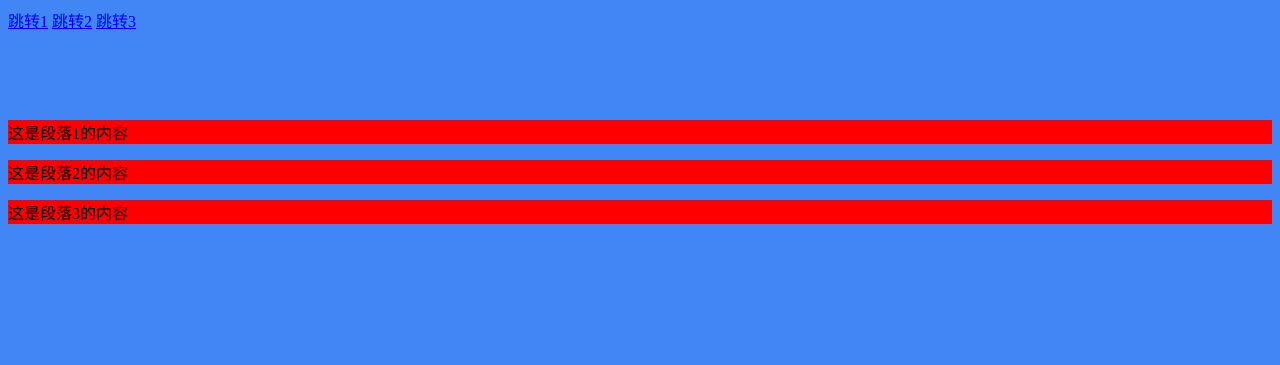
Repository: LstHeart/html-learning
Page: css3/目标伪类.html
An editor plug-in stored every save of this project. The page is shown before and after the next save, followed by the edit.
The browser window is 1280 px wide. The pictures show the whole page.

Above is the page before, as saved 2021-01-11 14:52:03.

### css3/目标伪类.html
<!DOCTYPE html>
<html lang="en">
<head>
    <meta charset="UTF-8">
    <meta name="viewport" content="width=device-width, initial-scale=1.0">
    <meta http-equiv="X-UA-Compatible" content="ie=edge">
    <title>Document</title>
    <style>
        :not(p){
            background-color: #4285f4;
        }
        p{
            background-color: red;
        }
    </style>
</head>
<body>
    <a href="#jump1">跳转1</a>
    <a href="#jump2">跳转2</a>
    <a href="#jump3">跳转3</a>
    <br>
    <br>
    <br>
    <br>
    <br>
    <p id="jump1">这是段落1的内容</p>
    <p id="jump2">这是段落2的内容</p>
    <p id="jump3">这是段落3的内容</p>

    <div class="container"></div>

</body>
</html>

After the next save:
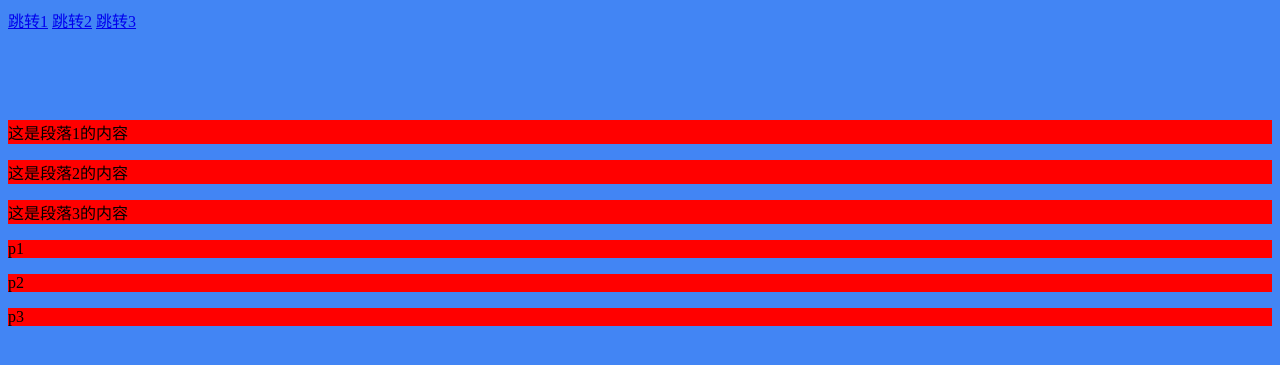
Saved 18 s later.
--- a/css3/目标伪类.html
+++ b/css3/目标伪类.html
@@ -27,7 +27,11 @@
     <p id="jump2">这是段落2的内容</p>
     <p id="jump3">这是段落3的内容</p>
 
-    <div class="container"></div>
+    <div class="container">
+        <p>p1</p>
+        <p>p2</p>
+        <p>p3</p>
+    </div>
 
 </body>
 </html>
